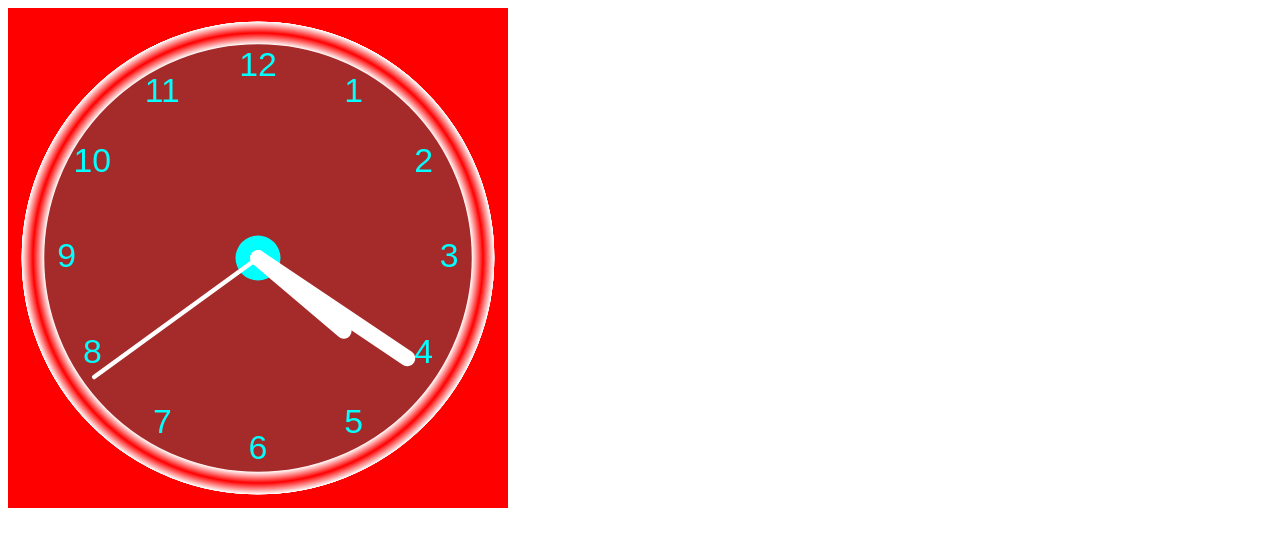
Repository: ManojAndroid/WellcomeToAndroidApp
Page: AddressBook_App/Canvas_Project/WebContent/Clock.html
These files come from the project's save history. The page is drawn as it stood at one moment and after the next save; the edit follows.
The browser window is 1280 px wide. The pictures show the whole page.

Above is the page before, as saved 2017-04-20 13:12:55.

### AddressBook_App/Canvas_Project/WebContent/Clock.html
<!DOCTYPE html>
<html>
<body>

<canvas id="canvas" width="500" height="500"
style="background-color:red">
</canvas>

<script>
var canvas = document.getElementById("canvas");
var ctx = canvas.getContext("2d");
var radius = canvas.height / 2;
ctx.translate(radius, radius);
radius = radius * 0.90
setInterval(drawClock, 1000);

function drawClock() {
  drawFace(ctx, radius);
  drawNumbers(ctx, radius);
  drawTime(ctx, radius);
}

function drawFace(ctx, radius) {
  var grad;
  ctx.beginPath();
  ctx.arc(0, 0, radius, 0, 2*Math.PI);
  ctx.fillStyle = 'brown';
  ctx.fill();
  grad = ctx.createRadialGradient(0,0,radius*0.95, 0,0,radius*1.05);
  grad.addColorStop(0, 'white');
  grad.addColorStop(0.5, 'red');
  grad.addColorStop(1, 'white');
  ctx.strokeStyle = grad;
  ctx.lineWidth = radius*0.1;
  ctx.stroke();
  ctx.beginPath();
  ctx.arc(0, 0, radius*0.1, 0, 2*Math.PI);
  ctx.fillStyle = 'cyan';
  ctx.fill();
}

function drawNumbers(ctx, radius) {
  var ang;
  var num;
  ctx.font = radius*0.15 + "px arial";
  ctx.textBaseline="middle";
  ctx.textAlign="center";
  for(num = 1; num < 13; num++){
    ang = num * Math.PI / 6;
    ctx.rotate(ang);
    ctx.translate(0, -radius*0.85);
    ctx.rotate(-ang);
    ctx.fillText(num.toString(), 0, 0);
    ctx.rotate(ang);
    ctx.translate(0, radius*0.85);
    ctx.rotate(-ang);
  }
}

function drawTime(ctx, radius){
    var now = new Date();
    var hour = now.getHours();
    var minute = now.getMinutes();
    var second = now.getSeconds();
    //hour
    hour=hour%12;
    hour=(hour*Math.PI/6)+
    (minute*Math.PI/(6*60))+
    (second*Math.PI/(360*60));
    drawHand(ctx, hour, radius*0.5, radius*0.07);
    //minute
    minute=(minute*Math.PI/30)+(second*Math.PI/(30*60));
    drawHand(ctx, minute, radius*0.8, radius*0.07);
    // second
    second=(second*Math.PI/30);
    drawHand(ctx, second, radius*0.9, radius*0.02);
}

function drawHand(ctx, pos, length, width) {
    ctx.beginPath();
    ctx.lineWidth = width;
    ctx.lineCap = "round";
    ctx.moveTo(0,0);
    ctx.rotate(pos);
    ctx.lineTo(0, -length);
    ctx.stroke();
    ctx.rotate(-pos);
}
</script>

</body>
</html>

After the next save:
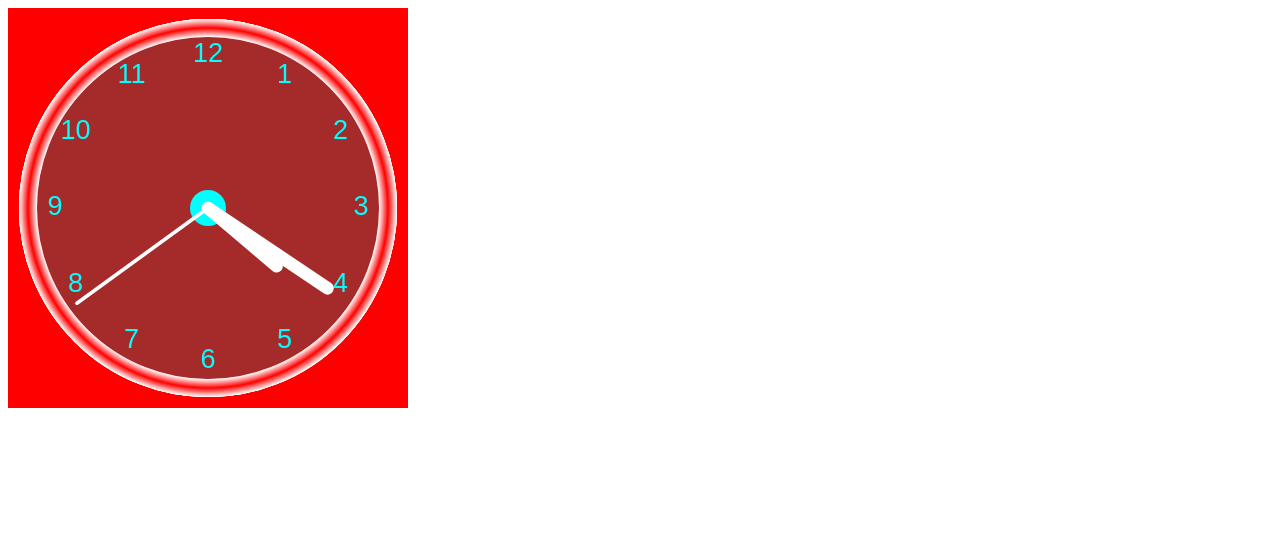
Saved 2 min 24 s later.
--- a/AddressBook_App/Canvas_Project/WebContent/Clock.html
+++ b/AddressBook_App/Canvas_Project/WebContent/Clock.html
@@ -2,7 +2,7 @@
 <html>
 <body>
 
-<canvas id="canvas" width="500" height="500"
+<canvas id="canvas" width="400" height="400"
 style="background-color:red">
 </canvas>
 
